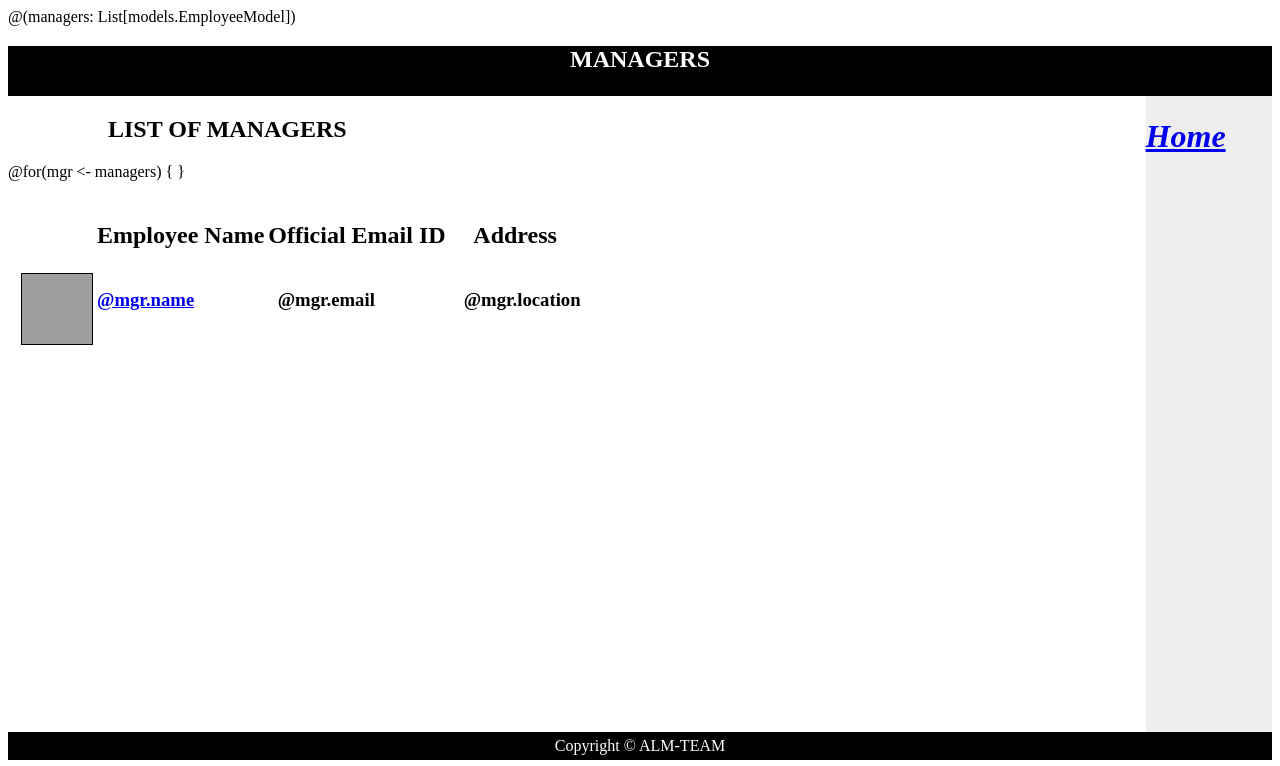
Repository: sumitkum200690/PLAY_SLICK
Page: Play_DB/app/views/managerPage.scala.html
These files come from the project's save history. The page is drawn as it stood at one moment and after the next save; the edit follows.
The browser window is 1280 px wide. The pictures show the whole page.
Pictures or frames that could not be fetched are drawn as grey boxes.

Above is the page before, as saved 2015-09-25 10:28:10.

After the next save:
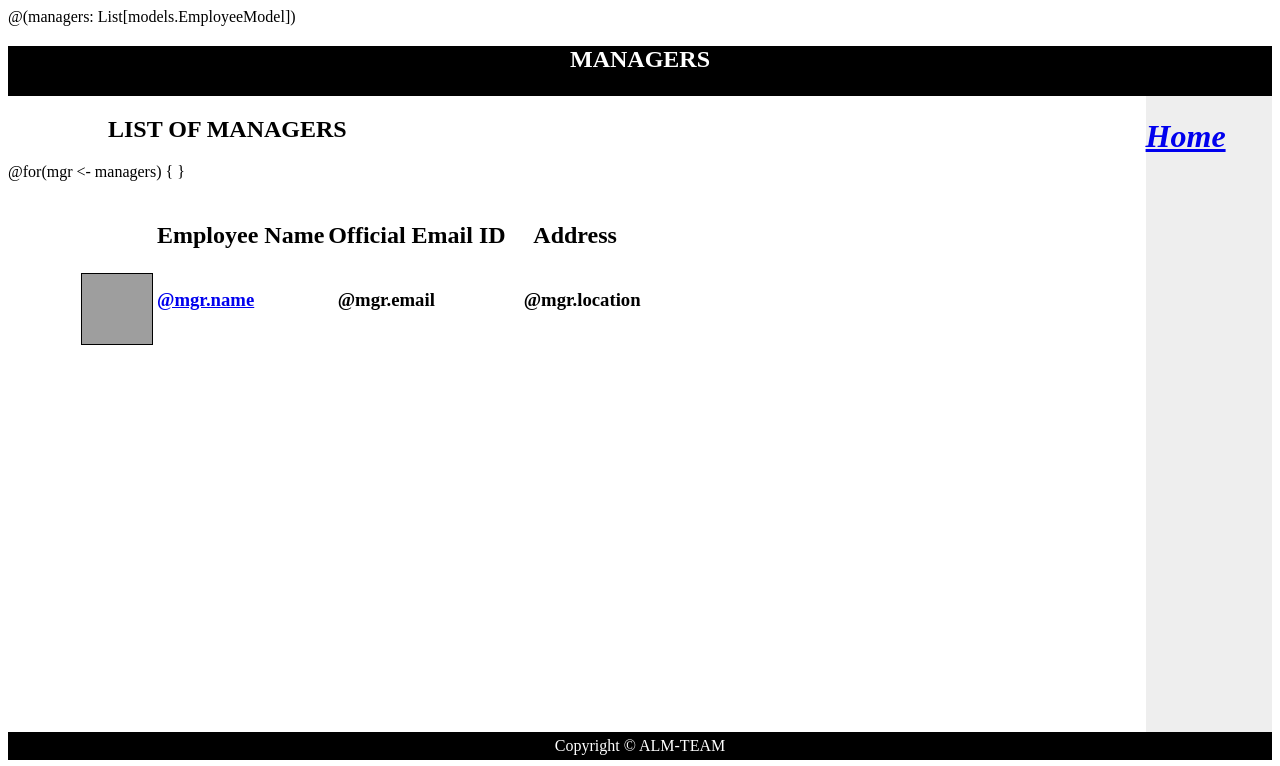
Saved 32 s later.
--- a/Play_DB/app/views/managerPage.scala.html
+++ b/Play_DB/app/views/managerPage.scala.html
@@ -114,7 +114,7 @@
 
 			<div id="list">
 				<h2 style="margin-left:100px ">LIST OF MANAGERS</h2>
-				<table style="margin-left:10px ">
+				<table style="margin-left:70px ">
 
 
 				  <tr>
